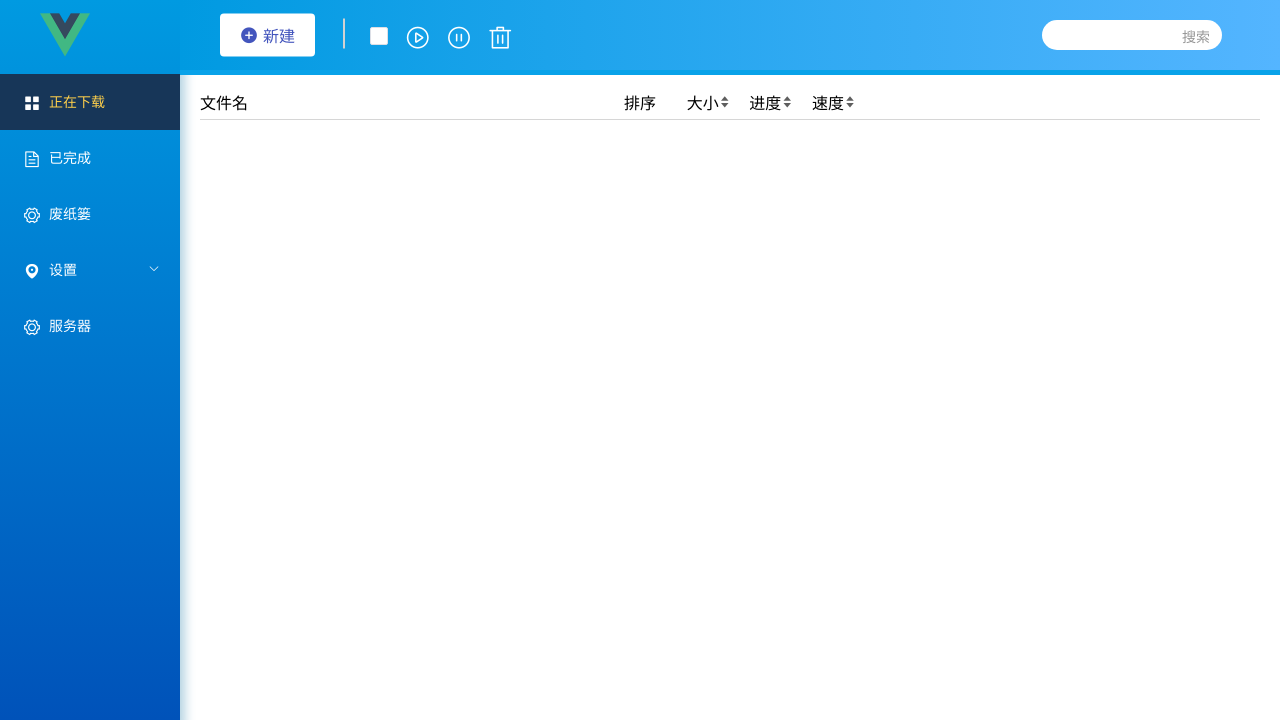
Repository: Ahui-qn/Aria2
Page: /
An editor plug-in stored every save of this project. The page is shown before and after the next save, followed by the edit.
The browser window is 1280 px wide. The pictures show the whole page.
The page's requests for data from a server got no answer. The project was rebuilt for these pictures with package versions that can differ from the ones it lists, and the page was loaded fresh each time. No one was signed in, and anything a server would have sent is missing. Also part of the build but not shown: src/components/Tables.vue.

Above is the page before, as saved 2021-11-03 11:32:16.

After the next save:
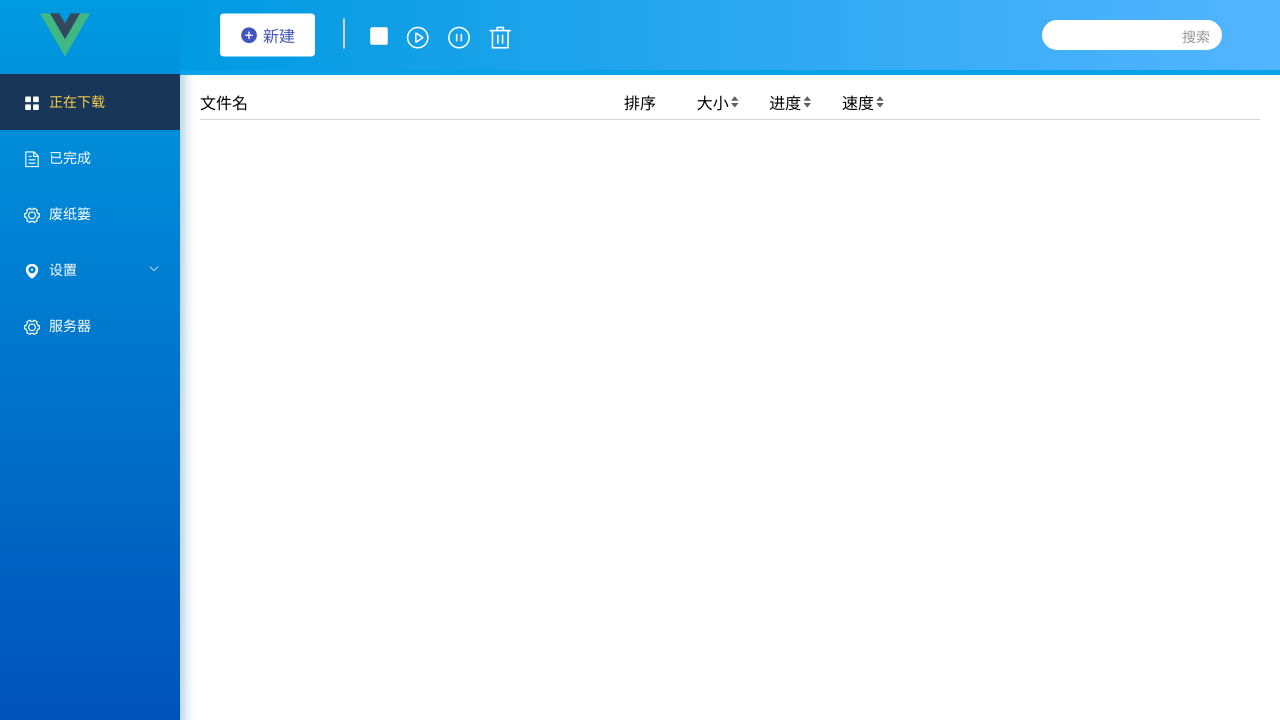
Saved 7 s later.
--- a/src/components/Header.vue
+++ b/src/components/Header.vue
@@ -10,7 +10,7 @@
             top: 0;
             left: 40%;
             display: flex;
-            width: 220px;
+            width: 250px;
             justify-content: space-between;
             div {
                 position: relative;
